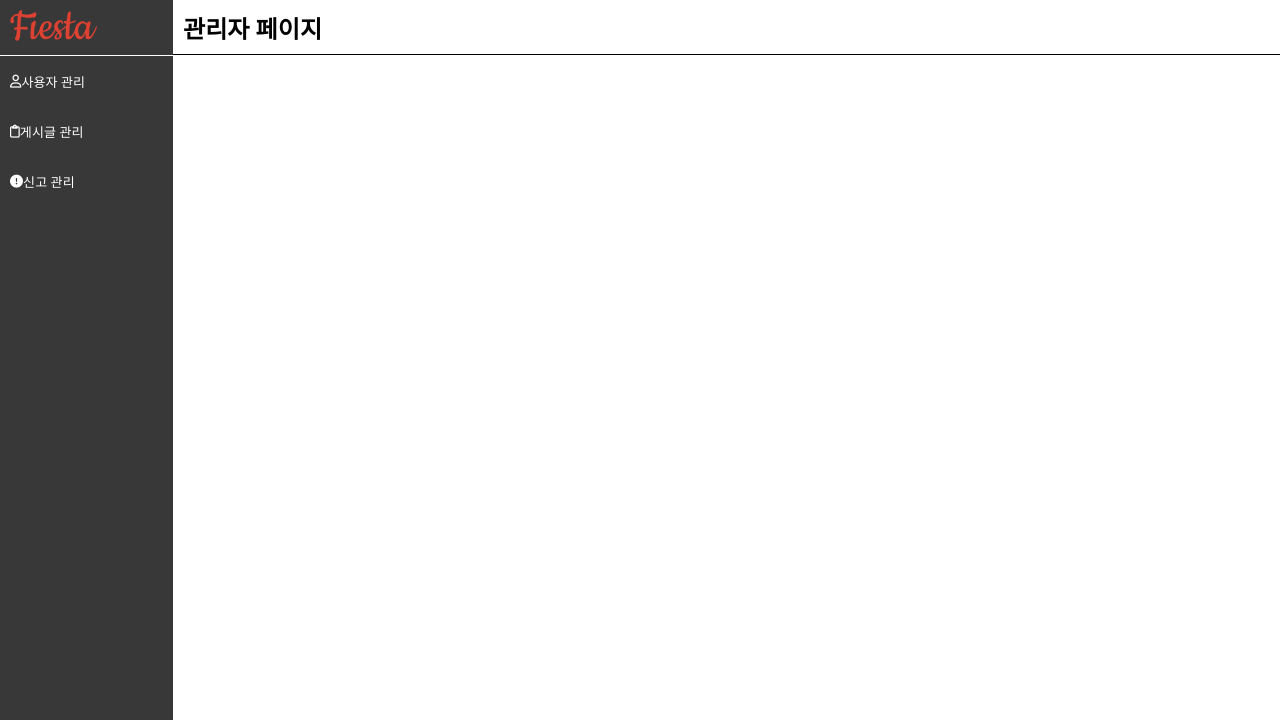
Repository: SNSFiestaTeam/Fiesta
Page: Fiesta/src/main/webapp/html/management/management.html
An editor plug-in stored every save of this project. The page is shown before and after the next save, followed by the edit.
The browser window is 1280 px wide. The pictures show the whole page.
Some web fonts or font styles are not loaded; a fallback is used. Some web libraries are served in a nearby version.

Above is the page before, as saved 2022-12-06 12:02:51.

After the next save:
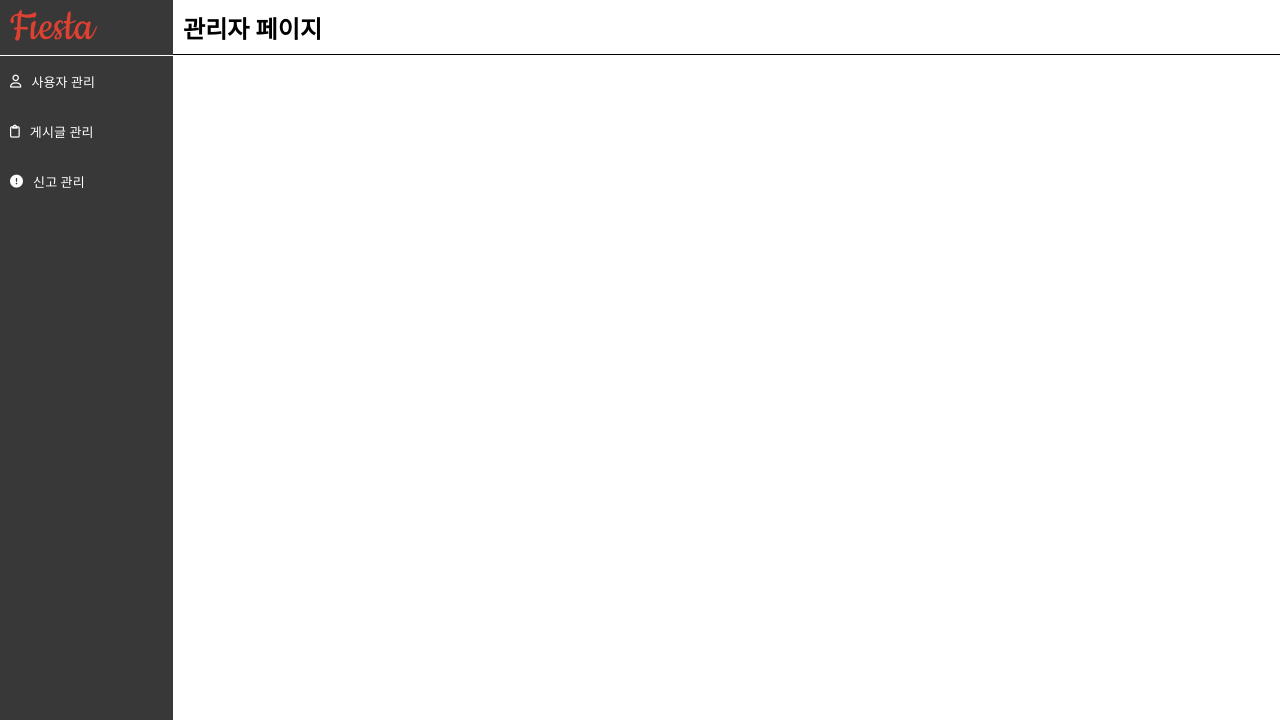
Saved 16 s later.
--- a/Fiesta/src/main/webapp/resources/css/management/management.css
+++ b/Fiesta/src/main/webapp/resources/css/management/management.css
@@ -50,6 +50,11 @@ body {
   padding-left: 10px;
 }
 
+.button > *{
+  margin-right: 10px;
+}
+}
+
 .button:hover {
   background-color: white;
   color: black;
